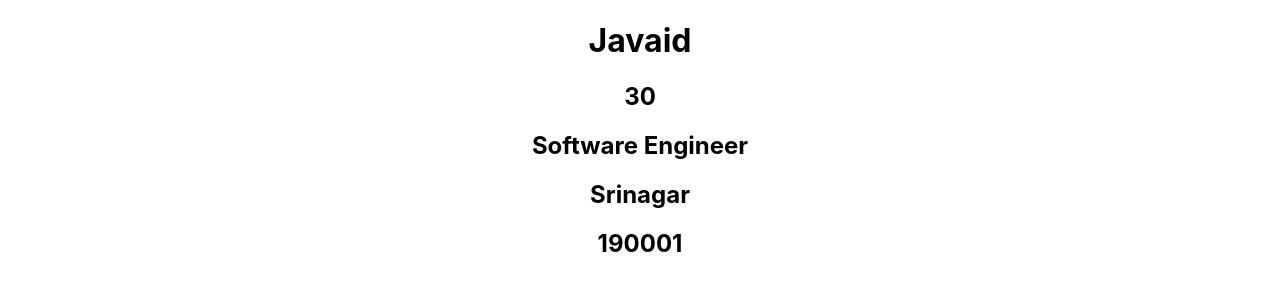
Repository: JavaidAhmadKhan/framer-motion-reacr
Page: /
The author's editor kept a copy of each file at every save. The page is drawn from the files as they stood at one save, then again after a run of saves.
The browser window is 1280 px wide. The pictures show the whole page.
The project was rebuilt for these pictures with package versions that can differ from the ones it lists, and the page was loaded fresh each time.

Above is the page before, as saved 2022-05-19 17:18:52.

After the next 2 saves:
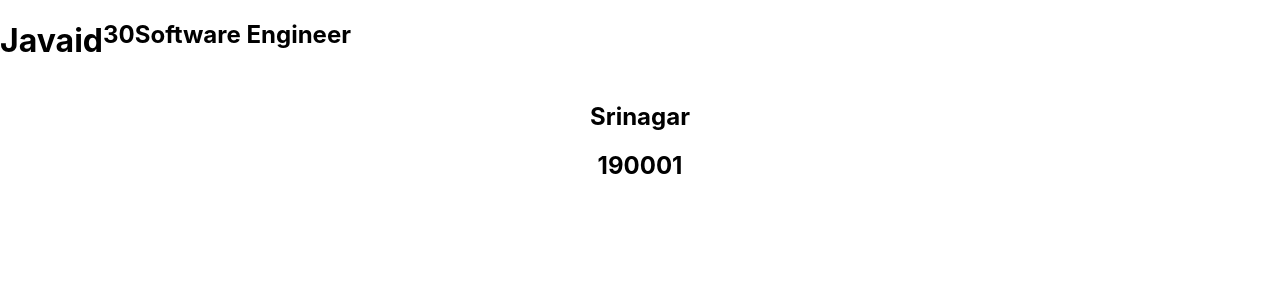
The 2 saves are shown as one change because they came seconds apart.
The last was saved 31 s later.
--- a/src/App.js
+++ b/src/App.js
@@ -21,7 +21,7 @@ class App extends Component {
     console.log("render");
     return (
       <div className="App">
-        <div>
+        <div style={{ display: "flex" }}>
           <h1>{this.state.name}</h1>
           <h2>{this.state.age}</h2>
           <h2>{this.state.profession}</h2>
